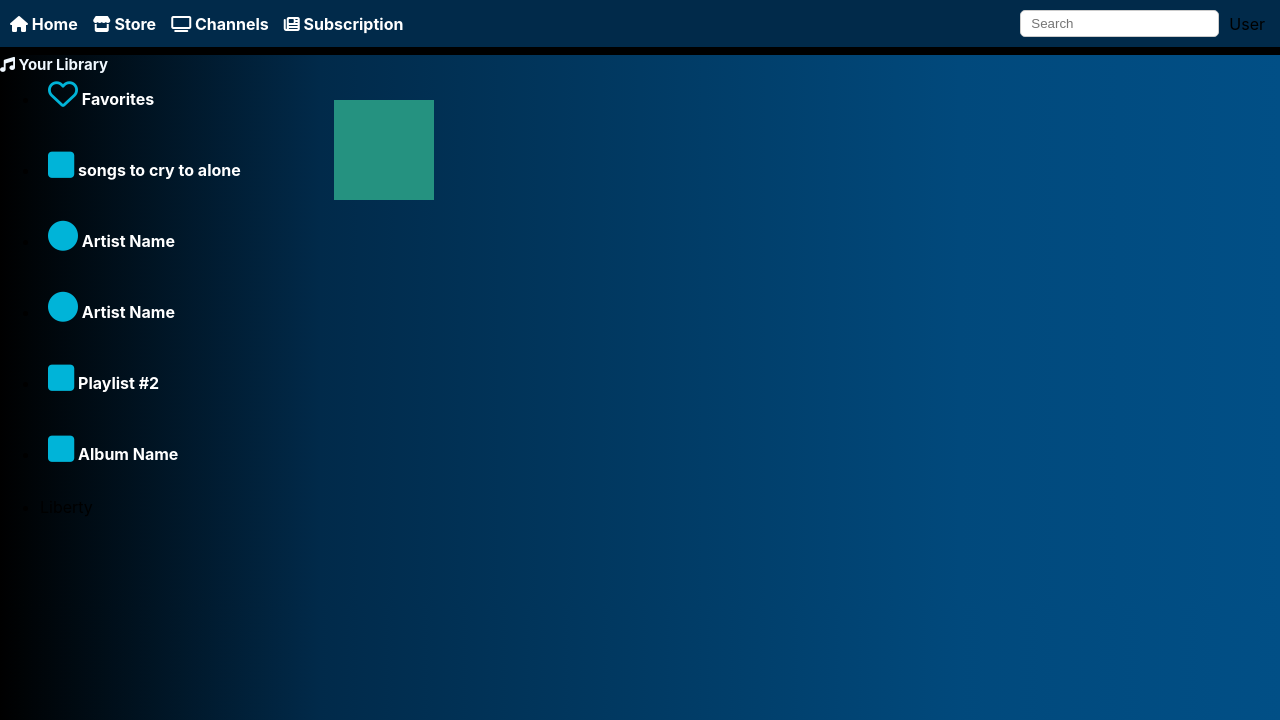
Repository: gordonnrat/group-2-project
Page: / (app in source-code/)
These files come from the project's save history. The page is drawn as it stood at one moment and after the next save; the edit follows.
The browser window is 1280 px wide. The pictures show the whole page.
The project was rebuilt for these pictures with package versions that can differ from the ones it lists, and the page was loaded fresh each time. Also part of the build but not shown: source-code/src/App.css, source-code/src/App.js, source-code/src/components/pages/Login.js.

Above is the page before, as saved 2023-07-26 16:19:38.

After the next save:
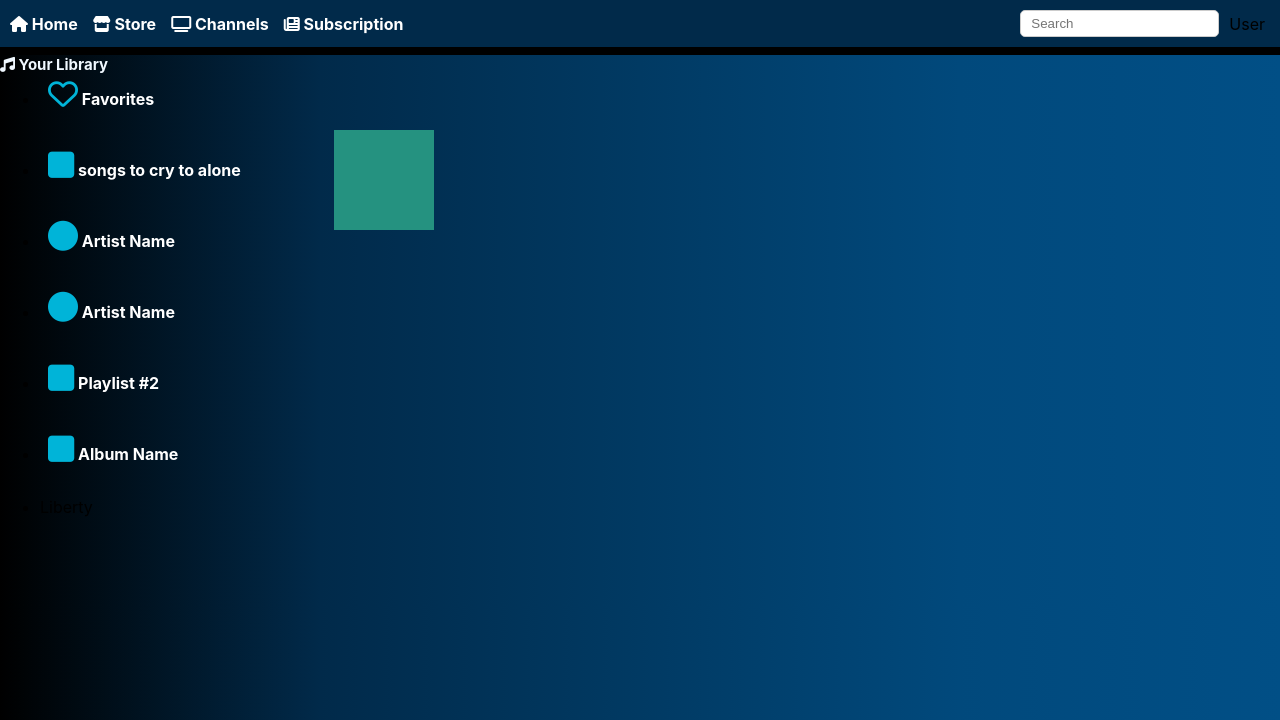
Saved 12 s later.
--- a/source-code/src/components/pages/js.css
+++ b/source-code/src/components/pages/js.css
@@ -11,7 +11,7 @@
   height: 100px;
   background-color: rgb(37, 146, 128);
   position: absolute;
-  top: 100px; /* This will position the square at the top of the page */
+  top: 130px; /* This will position the square at the top of the page */
   left: 30%; /* This will horizontally center the square */
   transform: translateX(-50%); /* This will adjust the centering due to the width of the square */
 }
